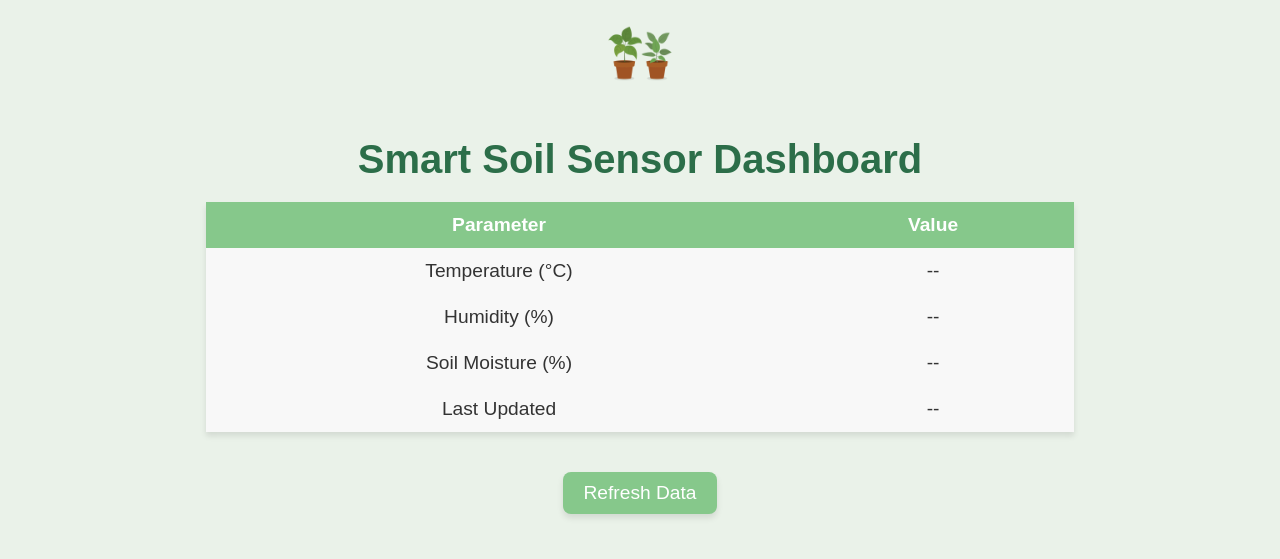
Repository: Terry816/Plantminder
Page: templates/dashboard.html
An editor plug-in stored every save of this project. The page is shown before and after the next save, followed by the edit.
The browser window is 1280 px wide. The pictures show the whole page.
The page's requests for data from a server got no answer.

Above is the page before, as saved 2024-12-13 02:30:04.

### templates/dashboard.html
<!DOCTYPE html>
<html lang="en">
<head>
    <meta charset="UTF-8">
    <meta name="viewport" content="width=device-width, initial-scale=1.0">
    <title>Smart Soil Sensor Dashboard</title>
    <style>
        /* General Styles */
        body {
            font-family: 'Arial', sans-serif;
            background-color: #eaf2e9; /* Light green background */
            color: #4e5b31; /* Dark green text */
            padding: 20px;
            margin: 0;
            text-align: center;
        }

        h1 {
            color: #2c6e49; /* Deep green color for the title */
            font-size: 2.5em;
            margin-bottom: 20px;
        }

        table {
            width: 70%;
            margin: 0 auto;
            border-collapse: collapse;
            background-color: #f4f9f3; /* Light green table background */
            box-shadow: 0px 4px 6px rgba(0, 0, 0, 0.1);
        }

        th, td {
            padding: 12px 20px;
            text-align: center;
            font-size: 1.2em;
        }

        th {
            background-color: #86c88b; /* Light green background for headers */
            color: #fff;
        }

        td {
            background-color: #f8f8f8; /* Light background for data rows */
            color: #333;
        }

        /* Status Colors */
        .good {
            color: #4caf50; /* Green */
        }

        .warning {
            color: #ff9800; /* Orange */
        }

        .critical {
            color: #f44336; /* Red */
        }

        .timestamp {
            margin-top: 20px;
            font-style: italic;
            font-size: 1.1em;
            color: #7d8f66; /* Grey color for timestamp */
        }

        .plant-icon {
            width: 100px; /* Adjust the width of the image */
            height: auto; /* Maintain the aspect ratio */
            margin-bottom: 20px;
        }

        /* Button Styles */
        .refresh-btn {
            background-color: #86c88b; /* Light green button */
            border: none;
            padding: 10px 20px;
            color: white;
            font-size: 1.2em;
            cursor: pointer;
            margin-top: 20px;
            border-radius: 8px;
            box-shadow: 0 4px 6px rgba(0, 0, 0, 0.1);
        }

        .refresh-btn:hover {
            background-color: #76b07d;
        }
    </style>
</head>
<body>

    <!-- Page Heading with Plant Icon -->
    <img src="plant2.png" class="plant-icon" alt="Plant Icon">
    <h1>Smart Soil Sensor Dashboard</h1>

    <!-- Table to Display Sensor Data -->
    <table>
        <thead>
            <tr>
                <th>Parameter</th>
                <th>Value</th>
            </tr>
        </thead>
        <tbody>
            <tr>
                <td>Temperature (°C)</td>
                <td id="temperature">--</td>
            </tr>
            <tr>
                <td>Humidity (%)</td>
                <td id="humidity">--</td>
            </tr>
            <tr>
                <td>Soil Moisture (%)</td>
                <td id="soil_moisture">--</td>
            </tr>
            <tr>
                <td>Last Updated</td>
                <td id="timestamp">--</td>
            </tr>
        </tbody>
    </table>

    <!-- Timestamp Section -->
    <div class="timestamp" id="timestamp"></div>

    <!-- Refresh Button -->
    <button class="refresh-btn" onclick="updateData()">Refresh Data</button>

    <script>
        // Function to fetch data from Flask's /data route
        function updateData() {
            fetch('/data')
                .then(response => response.json())
                .then(data => {
                    // Update sensor values
                    document.getElementById('temperature').textContent = data.temp.toFixed(2);
                    document.getElementById('humidity').textContent = data.hum.toFixed(2);
                    document.getElementById('soil_moisture').textContent = data.soil.toFixed(2);
                    document.getElementById('timestamp').textContent = new Date().toLocaleString();

                    // Change colors based on sensor values
                    const temp = data.temp;
                    const hum = data.hum;
                    const soil = data.soil;

                    // Temperature color coding
                    const tempElement = document.getElementById('temperature');
                    if (temp < 18) tempElement.classList.add('cool');
                    else if (temp < 30) tempElement.classList.add('good');
                    else tempElement.classList.add('warning');

                    // Humidity color coding
                    const humElement = document.getElementById('humidity');
                    if (hum < 40) humElement.classList.add('warning');
                    else if (hum < 60) humElement.classList.add('good');
                    else humElement.classList.add('critical');

                    // Soil Moisture color coding
                    const soilElement = document.getElementById('soil_moisture');
                    if (soil < 30) soilElement.classList.add('critical');
                    else if (soil < 60) soilElement.classList.add('warning');
                    else soilElement.classList.add('good');
                })
                .catch(error => console.error('Error fetching data:', error));
        }

        // Call updateData function every 5 seconds
        setInterval(updateData, 5000);

        // Call it once to load the initial data
        updateData();
    </script>

</body>
</html>

After the next save:
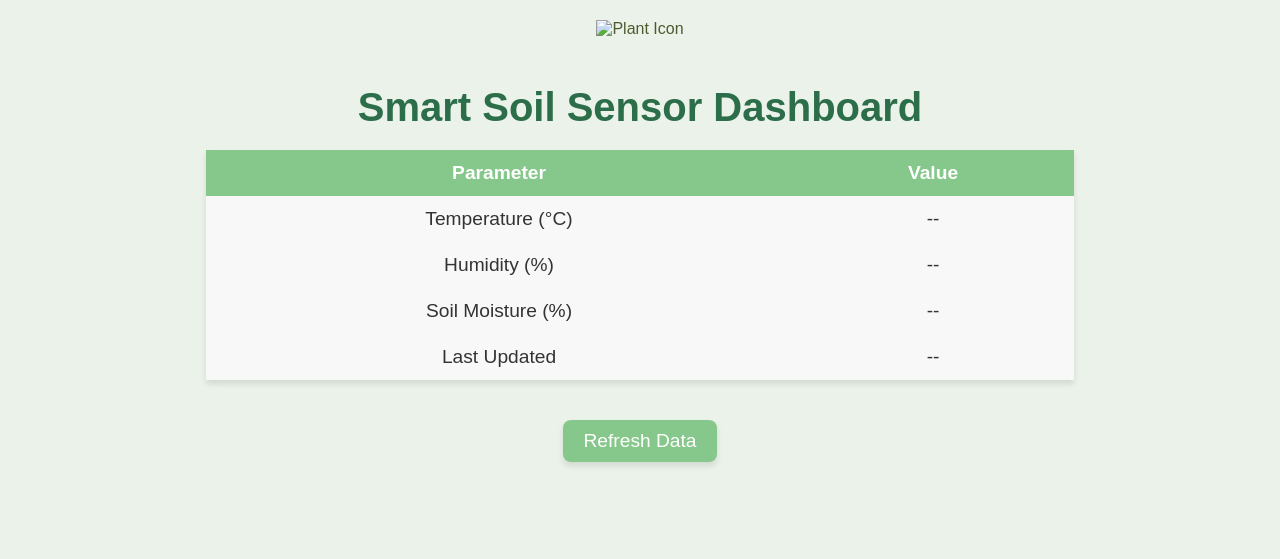
Not found: templates/plant.jfjf
Saved 50 s later.
--- a/templates/dashboard.html
+++ b/templates/dashboard.html
@@ -92,7 +92,7 @@
 <body>
 
     <!-- Page Heading with Plant Icon -->
-    <img src="plant2.png" class="plant-icon" alt="Plant Icon">
+    <img src="plant.jfjf" class="plant-icon" alt="Plant Icon">
     <h1>Smart Soil Sensor Dashboard</h1>
 
     <!-- Table to Display Sensor Data -->

After the save that followed:
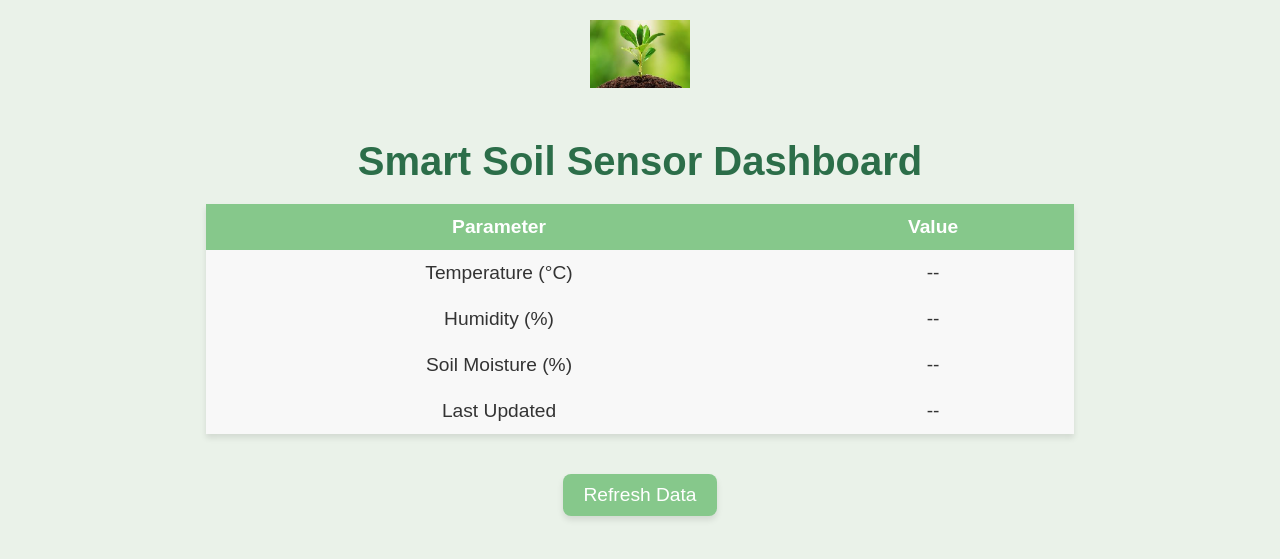
Saved 9 s later.
--- a/templates/dashboard.html
+++ b/templates/dashboard.html
@@ -92,7 +92,7 @@
 <body>
 
     <!-- Page Heading with Plant Icon -->
-    <img src="plant.jfjf" class="plant-icon" alt="Plant Icon">
+    <img src="plant.jpg" class="plant-icon" alt="Plant Icon">
     <h1>Smart Soil Sensor Dashboard</h1>
 
     <!-- Table to Display Sensor Data -->
